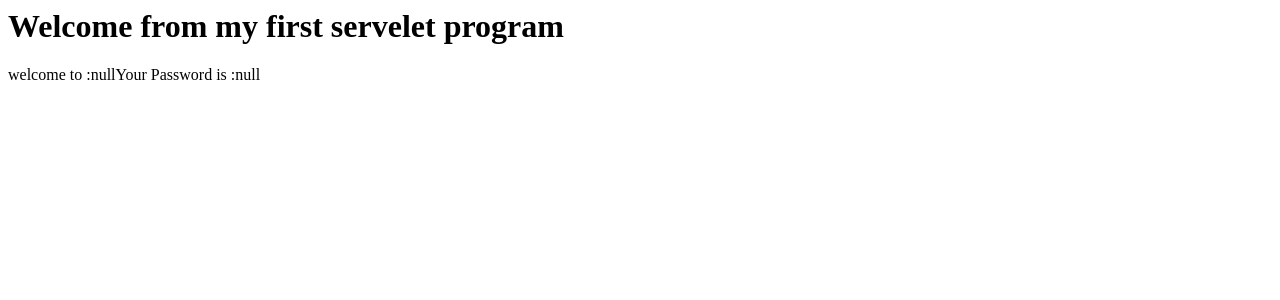
Repository: riyabisht11/AdvanceJavaTraining
Page: http://localhost/SecondServletProject/WelcomeBack
These files come from the project's save history. The page is drawn as it stood at one moment and after the next save; the edit follows.
The browser window is 1280 px wide. The pictures show the whole page.
The page is served by Tomcat 9.

Above is the page before, as saved 2023-02-15 05:22:27.

After the next save:
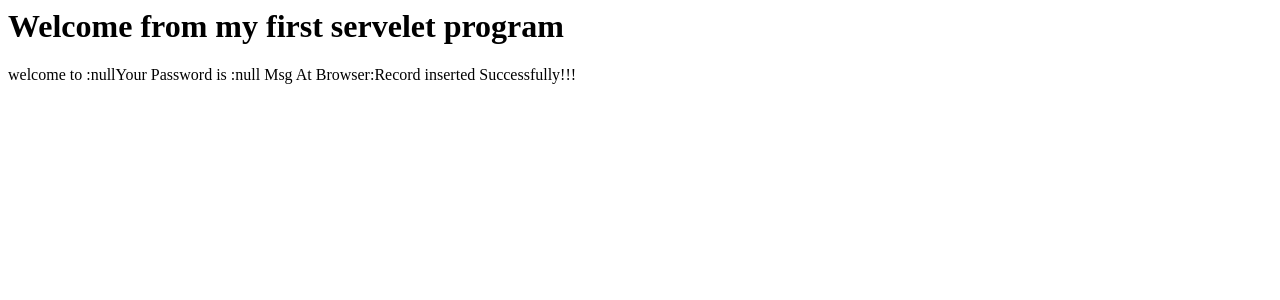
Saved 94 s later.
--- a/SecondServletProject/src/secondservlet/WelcomeBack.java
+++ b/SecondServletProject/src/secondservlet/WelcomeBack.java
@@ -42,7 +42,10 @@ public class WelcomeBack extends HttpServlet {
 		ps.executeUpdate();
 		ps.close();
 		con.close();
+		out.print("\nMsg At Browser:Record inserted Successfully!!!");
+		System.out.println("\nMsg At Console:Record inserted Successfully!!!");
 		}
+
 		catch(Exception e) {}{}
 	}
 }
